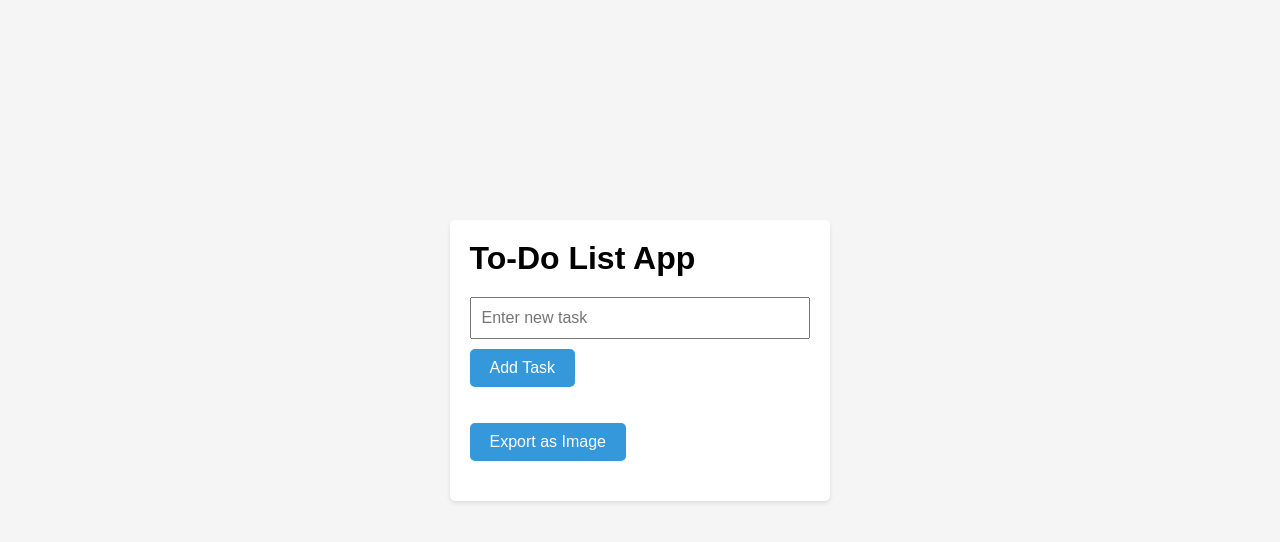
Repository: Shubhang/todo-list
Page: index.html
These files come from the project's save history. The page is drawn as it stood at one moment and after the next save; the edit follows.
The browser window is 1280 px wide. The pictures show the whole page.

Above is the page before, as saved 2023-04-14 03:19:26.

After the next save:
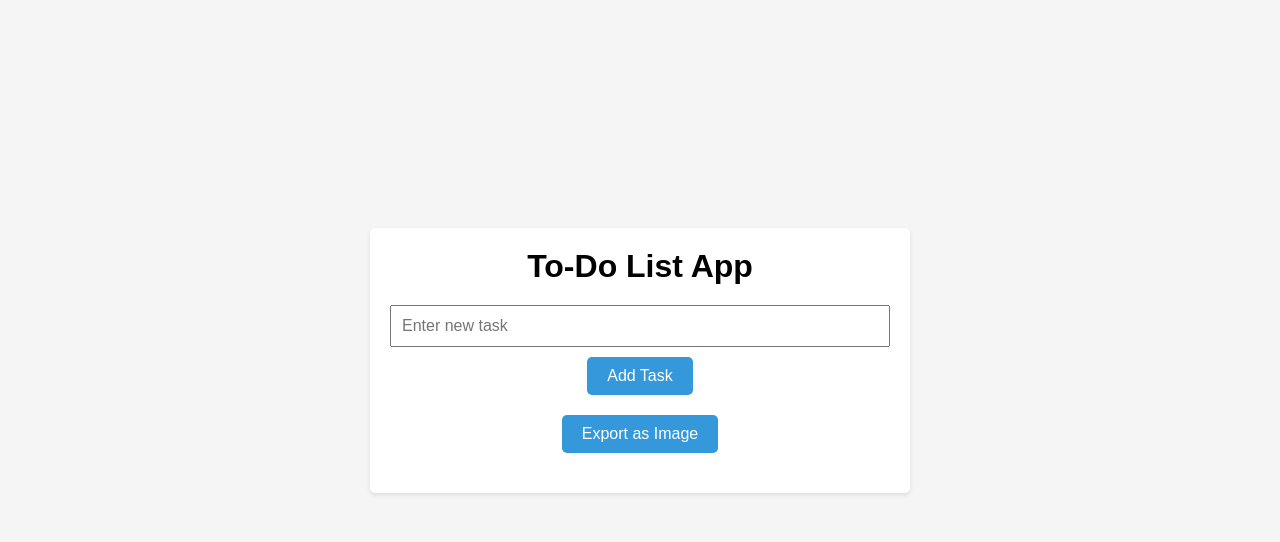
Saved 2 min 59 s later.
--- a/styles.css
+++ b/styles.css
@@ -13,10 +13,13 @@ body {
     border-radius: 5px;
     padding: 20px;
     box-shadow: 0 2px 4px rgba(0, 0, 0, 0.1);
+    width: 80%;
+    max-width: 500px;
 }
 
 h1 {
     margin: 0 0 20px;
+    text-align: center;
 }
 
 input, button {
@@ -38,6 +41,9 @@ button {
     border: none;
     border-radius: 5px;
     margin-bottom: 20px;
+    display: block;
+    margin-left: auto;
+    margin-right: auto;
 }
 
 button:hover {
@@ -48,3 +54,13 @@ ul {
     list-style-type: none;
     padding: 0;
 }
+
+li {
+    display: flex;
+    align-items: center;
+    margin-bottom: 5px;
+}
+
+input[type="checkbox"] {
+    margin-right: 10px;
+}
